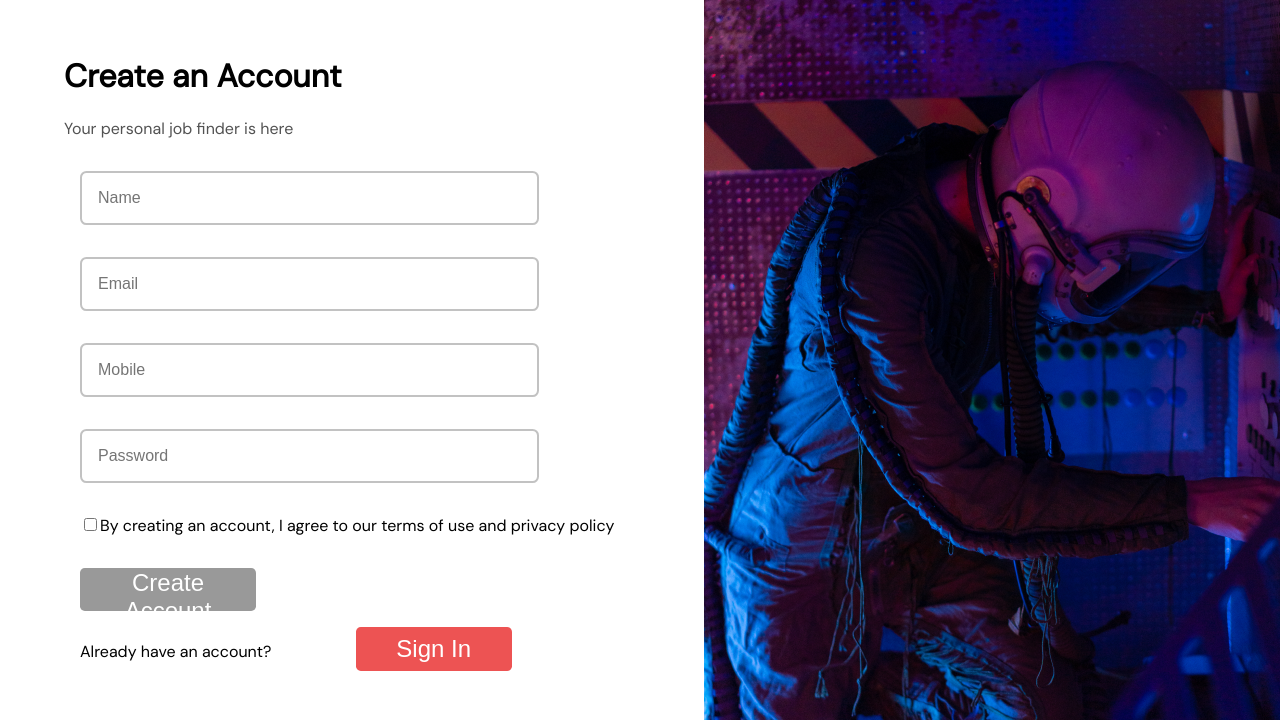
Repository: drumsmanku/node-capstone-project-1
Page: /register (app in client/)
The author's editor kept a copy of each file at every save. The page is drawn from the files as they stood at one save, then again after the next save.
The browser window is 1280 px wide. The pictures show the whole page.
The project was rebuilt for these pictures with package versions that can differ from the ones it lists, and the page was loaded fresh each time. Also part of the build but not shown: client/src/components/Login.js, client/src/components/AddJob.js, client/src/components/Success.js, client/src/components/JobMainPage.js, client/src/components/EditJob.js, client/src/components/JobDetails.css, client/src/components/JobDetails.js, client/src/components/FailedLogin.js and 1 more.

Above is the page before, as saved 2023-07-23 19:15:34.

### client/src/App.js
import './App.css';
import Register from './components/Register';
import Login from './components/Login';
import AddJob from './components/AddJob';
import { BrowserRouter as Router, Route, Routes} from 'react-router-dom';
import Success from './components/Success';
import JobMainPage from './components/JobMainPage';
import EditJob from './components/EditJob';
import JobDetails from './components/JobDetails';
import FailedLogin from './components/FailedLogin';
import FailedRegister from './components/FailedRegister';

function App() {
  return (
    <div className="App">
      <Router>
        <Routes>
          <Route path='/' element={<JobMainPage/>}/>
          <Route path='/register' element={<Register />}/>
          <Route path='/add' element={<AddJob/>}/>
          <Route path='/login' element={<Login/>}/>
          <Route path='/main-job' element={<JobMainPage/>}/>
          <Route path='/edit-job/:id' element={<EditJob/>}/>
          <Route path="/job-det/:id" element={<JobDetails/>}/>
          <Route path='/success' element={<Success/>}/>
          <Route path='/failed-login' element={<FailedLogin/>}/>
          <Route path='/failed-signup' element={<FailedRegister/>}/>

        </Routes>
      </Router>

    </div>
  );
}

export default App;

### client/src/components/Register.js
import React, { useState } from 'react';
import axios from 'axios';
import './Register.css';
import img1 from '../Assets/img1.png';
import { useNavigate } from 'react-router-dom';

function Register() {
  const [user, setUser] = useState({
    name: '',
    email: '',
    mobile: '',
    password: ''
  });
  const [ischecked, setChecked]=useState(false);
  const handleChange = e => {
    setUser({
      ...user,
      [e.target.name]: e.target.value
    });
  };

  const navigate=useNavigate();
  const buttonStyle = {
    backgroundColor: ischecked ? '#ED5353' : '#999999',
    transition: 'background-color 0.3s ease',
  };

  const setCheckedValue=(event)=>{
    setChecked(event.target.checked);
  }

  const register = (event) => {
    event.preventDefault();
    axios.post('https://job-new-portal.onrender.com/register', user)
      .then(res => {
        localStorage.setItem('token', res.data.jwtToken);
        localStorage.setItem('user', res.data.name);
        const tokenData=localStorage.getItem('token')
        if(tokenData!=='undefined') {
          navigate('/main-job')
        }
        else{
          navigate('/failed-signup')
        }

      })
      .catch(err => console.log(err));
  };

  return (
    <div className="reg-container">
      <div className='reg-left-container'>
        <div style={{marginLeft:'4rem'}}>
          <h1 style={{}}>Create an Account</h1>
          <p style={{fontWeight:500,  color:'#525252', marginBottom:'2rem', marginTop:0}}>Your personal job finder is here</p>
        </div>

        <form>
          <div style={{marginLeft:'5rem'}}>
            <input type="text" name="name" value={user.name} onChange={handleChange} placeholder="Name"/>
            <input type="email" name="email" value={user.email} onChange={handleChange} placeholder="Email" />
            <input type="text" name="mobile" value={user.mobile} onChange={handleChange} placeholder="Mobile" />
            <input type="password" name="password" value={user.password} onChange={handleChange} placeholder="Password" />
          </div>
          <div style={{marginLeft:'5rem', marginBottom:'2rem'}}>
           <input type="checkbox" name="check" id="check" onChange={setCheckedValue} required /><label htmlFor="check" >By creating an account, I agree to our terms of use and privacy policy</label>
          </div>


          <button type="submit" style={{...buttonStyle, '@media (max-width: 768px)': {fontSize:'small',
          }, cursor:'pointer'}} onClick={register} disabled={!ischecked}>Create Account</button>

          <span style={{marginLeft:'5rem'}}>Already have an account? <button onClick={()=>{navigate('/login')}}>Sign In</button></span>
        </form>
      </div>
      <div className='reg-right-container' style={{backgroundImage:`url(${img1})`}}></div>
    </div>

  );
}

export default Register;

### client/src/components/Register.css
@import url('https://fonts.googleapis.com/css2?family=DM+Sans&display=swap');

body{
  font-family: 'DM Sans';
}

.reg-container{
  width:100vw;
  height: 100vh;
  display: flex;
}

.reg-left-container{
  width: 55%;
  display: flex;
  flex-direction: column;
  justify-content: center;
  font-family: 'DM Sans';
  color: black;

}
.reg-right-container{
  width: 45%;
  height: 100vh;
  background-size: 'cover';
  background-position:center;
  background-repeat: no-repeat;
}
.reg-container form{
  display: flex;
  flex-direction: column;
}
.reg-container input[type='text'], [type='password'], [type='email']{
  width: 70%;
  height: 3rem;
  border:2px solid #C2C2C2;
  border-radius: 0.4rem;
  padding-left: 1rem;
  font-size: 1rem;
  color: black;
  margin-bottom: 2rem;
}
.reg-container button{
  height: 2.7rem;
  width: 25%;
  font-size: x-large;
  background-color: #ED5353;
  border: none;
  border-radius: 0.3rem;
  margin-left: 5rem;
  margin-bottom: 1rem;
  color: white;
}
span a{
  color:black;
}

### client/src/components/Login.css
@import url('https://fonts.googleapis.com/css2?family=DM+Sans&display=swap');

body{
  font-family: 'DM Sans';
}

.login-container{
  width:100vw;
  height: 100vh;
  display: flex;
}
.login-left-container{
  width: 55%;
  display: flex;
  flex-direction: column;
  justify-content: center;
  font-family: 'DM Sans';
  color: black;

}

.login-right-container{
  width: 45%;
  height: 100vh;
  background-size: 'cover';
  background-position:center;
  background-repeat: no-repeat;
}

.login-container form{
  display: flex;
  flex-direction: column;
}
.login-container input [type='password'], [type='email']{
  width: 70%;
  height: 3rem;
  border:2px solid #C2C2C2;
  border-radius: 0.4rem;
  padding-left: 1rem;
  font-size: 1rem;
  color: black;
  margin-bottom: 2rem;
}

.login-container button{
  height: 2.7rem;
  width: 25%;
  font-size: x-large;
  background-color: #ED5353;
  border: none;
  border-radius: 0.3rem;
  margin-left: 5rem;
  margin-bottom: 1rem;
  color: white;
}
.btn-fail-sign{
  background:none;
  color: black;

}

### client/src/components/AddJob.css
@import url('https://fonts.googleapis.com/css2?family=DM+Sans&display=swap');

body{
  font-family: 'DM Sans';
}

.add-container{
  height: 100vh;
  width: 100vw;
  display: flex;
}

.add-left-container{
  width: 58%;

  display: flex;
  flex-direction: column;
  justify-content: center;
  align-items: center;
}
.add-right-container{
  width: 42%;
  background-size: 'cover';
  background-position:center;
  background-repeat: no-repeat;
}
.add-container input{
  border: 2px solid #C2C2C2;
  border-radius: 0.2rem;
  margin-bottom: 1rem;
  margin-left: 1rem;
  padding-left: 1rem;
}
.add-left-container form{
  width: 100%;
  display: flex;
  flex-direction: column;
  margin-left: 20%;
}
.btn-add-page-add{
  height: 2rem;
  width: 15%;
  font-size: medium;
  background-color: #ED5353;
  border: none;
  border-radius: 0.3rem;
  margin-left: 1rem;
  margin-bottom:0;
  color: white;
  cursor: pointer;
}
.btn-add-page-cancel{
  height: 2rem;
  width: 15%;
  font-size: medium;
  background-color: #FFFFFF;
  border: 1px solid #CECECE;
  color: #CECECE;
  border-radius: 0.3rem;
  cursor: pointer;
  margin-bottom: 0;

}

### client/src/components/JobMainPage.css
@import url('https://fonts.googleapis.com/css2?family=DM+Sans&display=swap');


.main-page-container{
  height: 100vh;
  width: 100vw;
  display: flex;
  flex-direction: column;
}


.main-upper-container{
  height: 20%;
  width: 100%;
  display: flex;
  background-size: 100%;
  background-position:center;
  background-repeat: no-repeat;
}
.main-lower-container{
  height: 80%;
  width: 100%;
  display: flex;
  flex-direction: column;
  align-items: center;
}
.btn-main-page-login{
  height: 2rem;
  width: 6rem;
  font-weight: 500;
  font-size: medium ;
  background-color: #ED5353;
  border: 2px solid white;
  border-radius: 0.3rem;
  margin-left: 1rem;
  margin-bottom:0;
  color: white;
  font-family: 'DM Sans';
  cursor: pointer;
}
.btn-main-page-register{
  height: 2rem;
  width: 6rem;
  font-size: medium;
  font-weight: 500;
  background-color: white;
  border: none;
  border-radius: 0.3rem;
  margin-left: 1rem;
  margin-bottom:0;
  color: #ED5353;
  font-family: 'DM Sans';
  cursor: pointer;
}

### client/src/components/EditJob.css
@import url('https://fonts.googleapis.com/css2?family=DM+Sans&display=swap');

body{
  font-family: 'DM Sans';
}

.edit-container{
  height: 100vh;
  width: 100vw;
  display: flex;
}

.edit-left-container{
  width: 58%;

  display: flex;
  flex-direction: column;
  justify-content: center;
  align-items: center;
}
.edit-right-container{
  width: 42%;
  background-size: 'cover';
  background-position:center;
  background-repeat: no-repeat;
}
.edit-container input{
  border: 2px solid #C2C2C2;
  border-radius: 0.2rem;
  margin-bottom: 1rem;
  margin-left: 1rem;
  padding-left: 1rem;
}
.edit-left-container form{
  width: 100%;
  display: flex;
  flex-direction: column;
  margin-left: 20%;
}
.btn-edit-page-edit{
  height: 2rem;
  width: 15%;
  font-size: medium;
  background-color: #ED5353;
  border: none;
  border-radius: 0.3rem;
  margin-left: 1rem;
  margin-bottom:0;
  color: white;
  cursor: pointer;
}
.btn-edit-page-cancel{
  height: 2rem;
  width: 15%;
  font-size: medium;
  background-color: #FFFFFF;
  border: 1px solid #CECECE;
  color: #CECECE;
  border-radius: 0.3rem;
  cursor: pointer;
  margin-bottom: 0;

}

Loaded but not shown: client/public/index.html (common file); client/src/index.js (common file); client/src/index.css (common file); client/src/App.css (no stored copy; drawn as an empty file)

After the next save:
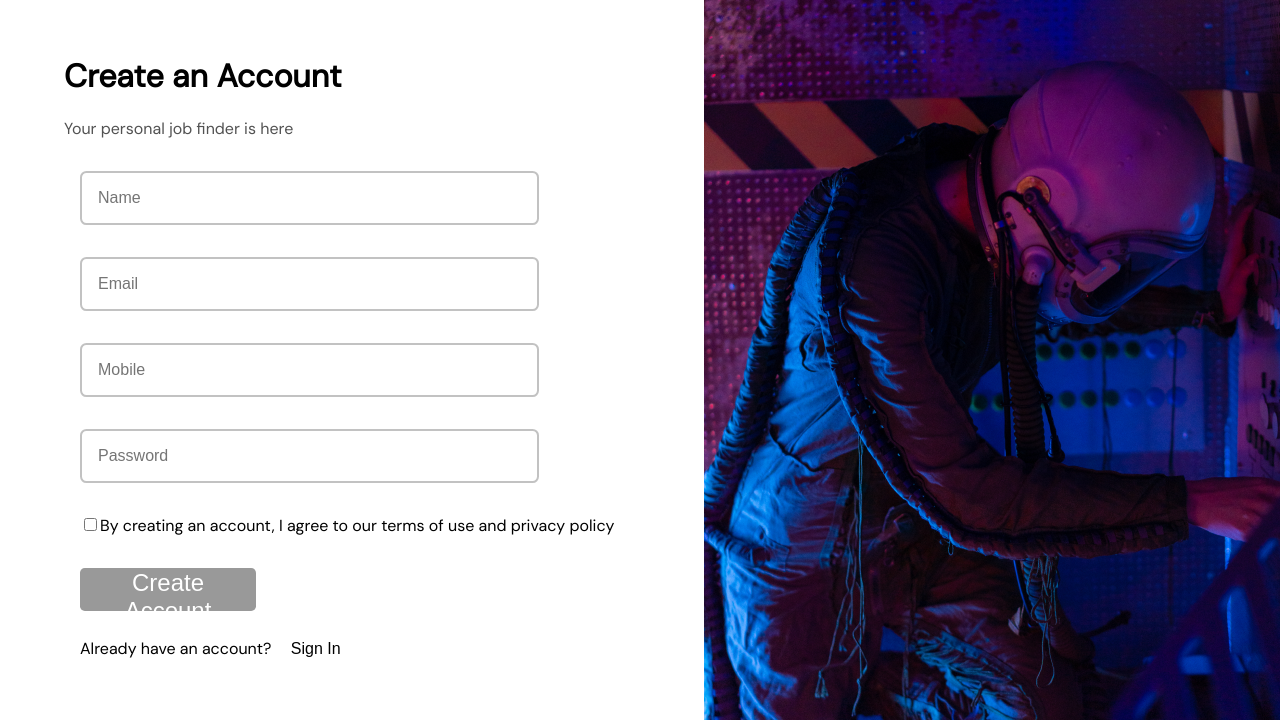
Saved 2 min 23 s later.
--- a/client/src/components/Register.js
+++ b/client/src/components/Register.js
@@ -70,7 +70,7 @@ function Register() {
           <button type="submit" style={{...buttonStyle, '@media (max-width: 768px)': {fontSize:'small',
           }, cursor:'pointer'}} onClick={register} disabled={!ischecked}>Create Account</button>
 
-          <span style={{marginLeft:'5rem'}}>Already have an account? <button onClick={()=>{navigate('/login')}}>Sign In</button></span>
+          <span style={{marginLeft:'5rem'}}>Already have an account? <button style={{background:'none', color:'black', fontSize:'medium', marginLeft:0, padding:0, width:'5rem', cursor:'pointer'}} onClick={()=>{navigate('/login')}}>Sign In</button></span>
         </form>
       </div>
       <div className='reg-right-container' style={{backgroundImage:`url(${img1})`}}></div>
